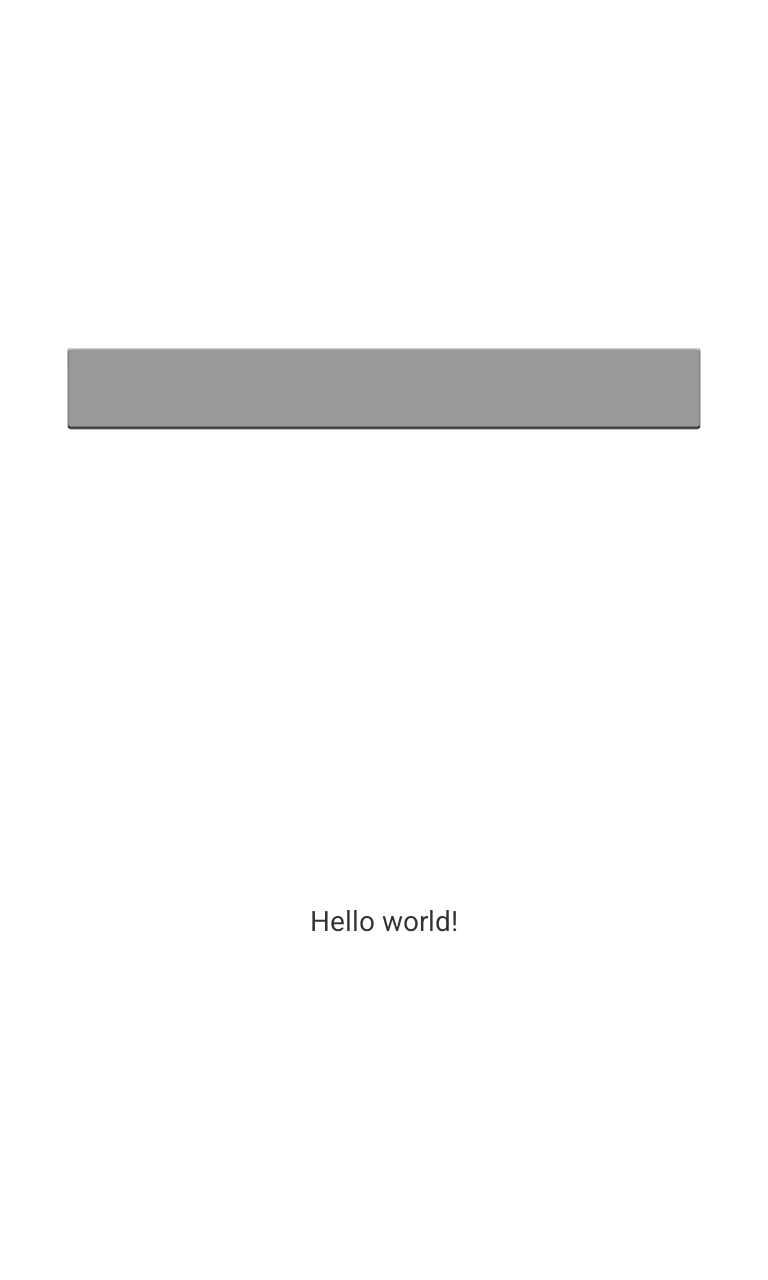
Repository: thiagopsilva/Android-book
Layout: Audio/res/layout/activity_audio.xml
An editor plug-in stored every save of this project. The layout is shown before and after the next save, followed by the edit.
It is drawn on a 768 x 1280 px phone screen (xhdpi) without system bars, with theme AppTheme; the app's code is not run.

Above is the layout before, as saved 2012-12-13 16:39:43.

### Audio/res/layout/activity_audio.xml
<RelativeLayout xmlns:android="http://schemas.android.com/apk/res/android"
    xmlns:tools="http://schemas.android.com/tools"
    android:orientation="vertical"
    android:gravity="center"
    android:layout_width="fill_parent"
    android:layout_height="fill_parent"
    android:padding="30dip"
    tools:context=".Audio" >

    <TextView
        android:layout_width="wrap_content"
        android:layout_height="wrap_content"
        android:layout_centerHorizontal="true"
        android:layout_centerVertical="true"
        android:text="@string/hello_world" />
    	<Button
        	android:id="@+id/button_1"
        	android:layout_width="fill_parent"
        	android:layout_height="wrap_content"/>
		<Button
        	android:id="@+id/button_2"
        	android:layout_width="fill_parent"
        	android:layout_height="wrap_content"/>
		<Button
        	android:id="@+id/button_3"
        	android:layout_width="fill_parent"
        	android:layout_height="wrap_content"/>
		<Button
        	android:id="@+id/button_4"
        	android:layout_width="fill_parent"
        	android:layout_height="wrap_content"/>
		<Button
        	android:id="@+id/button_5"
        	android:layout_width="fill_parent"
        	android:layout_height="wrap_content"/>
		<Button
        	android:id="@+id/button_6"
        	android:layout_width="fill_parent"
        	android:layout_height="wrap_content"/>
		<Button
        	android:id="@+id/button_7"
        	android:layout_width="fill_parent"
        	android:layout_height="wrap_content"/>
		<Button
        	android:id="@+id/button_8"
        	android:layout_width="fill_parent"
        	android:layout_height="wrap_content"/>
		<Button
        	android:id="@+id/button_9"
        	android:layout_width="fill_parent"
        	android:layout_height="wrap_content"/>
</RelativeLayout>

### Audio/res/values/strings.xml
<?xml version="1.0" encoding="utf-8"?>
<resources>

    <string name="app_name">Audio</string>
    <string name="hello_world">Hello world!</string>
    <string name="menu_settings">Settings</string>

</resources>

Loaded but not shown: Audio/res/values/styles.xml (common file); Audio/res/values-v11/styles.xml (common file); Audio/res/values-v14/styles.xml (common file)

After the next save:
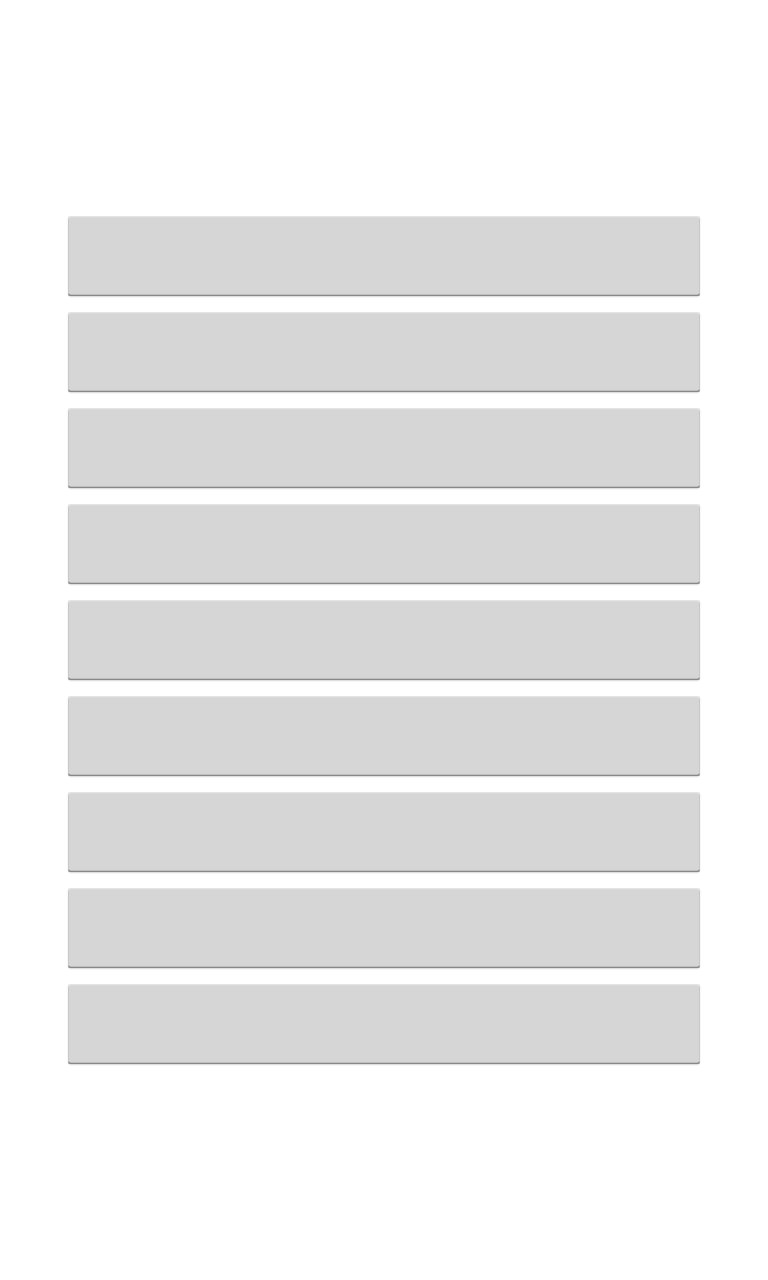
Saved 80 s later.
--- a/Audio/res/layout/activity_audio.xml
+++ b/Audio/res/layout/activity_audio.xml
@@ -1,4 +1,4 @@
-<RelativeLayout xmlns:android="http://schemas.android.com/apk/res/android"
+<LinearLayout xmlns:android="http://schemas.android.com/apk/res/android"
     xmlns:tools="http://schemas.android.com/tools"
     android:orientation="vertical"
     android:gravity="center"
@@ -7,12 +7,6 @@
     android:padding="30dip"
     tools:context=".Audio" >
 
-    <TextView
-        android:layout_width="wrap_content"
-        android:layout_height="wrap_content"
-        android:layout_centerHorizontal="true"
-        android:layout_centerVertical="true"
-        android:text="@string/hello_world" />
     	<Button
         	android:id="@+id/button_1"
         	android:layout_width="fill_parent"
@@ -49,4 +43,4 @@
         	android:id="@+id/button_9"
         	android:layout_width="fill_parent"
         	android:layout_height="wrap_content"/>
-</RelativeLayout>
+</LinearLayout>
